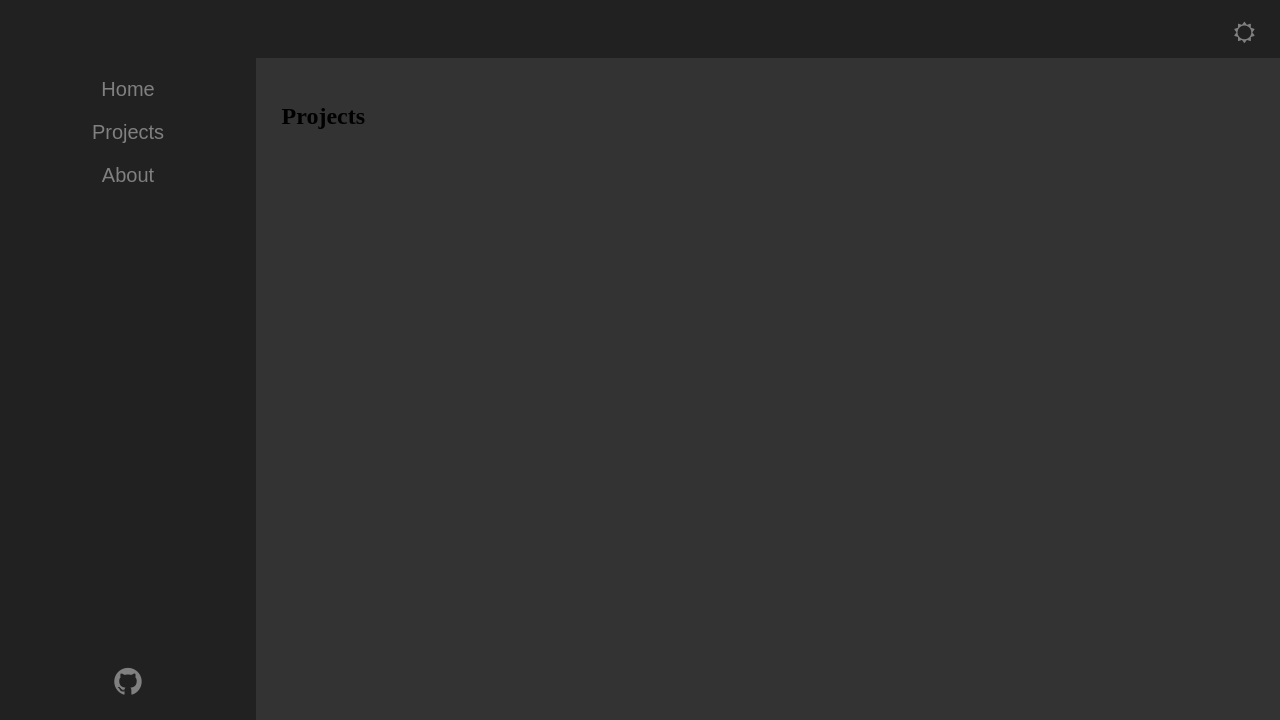
Repository: josephinel6/josephinel6.github.io
Page: index.html
The author's editor kept a copy of each file at every save. The page is drawn from the files as they stood at one save, then again after the next save.
The browser window is 1280 px wide. The pictures show the whole page.

Above is the page before, as saved 2023-04-05 08:55:25.

### index.html
<!DOCTYPE html>
<html>

<head>
    <style>
        :root.light {
            --color-bg: white;
            --color-menu-text: black;
            --color-page-bg: darkgray;
            --color-obj-bg: gray;
            --color-title-text: black;
            --color-gen-text: black;
        }

        :root.dark {
            --color-bg: #212121;
            --color-menu-text: gray;
            --color-page-bg: #333333;
            --color-obj-bg: darkgray;
            --color-title-text: white;
            --color-gen-text: white;
            --color-menu-hover: black;
        }

        /* :root {
            --color-bg: black;
        } */

        html,
        body {
            height: 100%;
            width: 100%;
            overflow: hidden;
            margin: 0;
            position: relative;
            /* border-color: blue;
            border-radius: 10px;
            border-style: solid; */
            padding: 0;
        }

        #menu {
            height: 100%;
            width: 20%;
            position: absolute;
            z-index: 1;
            top: 0;
            bottom: 0;
            background-color: var(--color-bg);
        }

        #topbar {
            width: 100%;
            height: 8%;
            background-color: var(--color-bg);
            position: absolute;
        }

        .menutext {
            color: var(--color-menu-text);
            font-family: sans-serif;
            font-size: 20px;
        }

        .menutext:hover {
            cursor: pointer;
            color: var(--color-menu-hover);
        }

        .fa-github {
            color: var(--color-menu-text);
        }

        #window {
            background-color: var(--color-page-bg);
            position: absolute;
            height: 92%;
            width: 80%;
            right: 0;
            bottom: 0;
        }

        .tabcontent {
            height: 100%;
            width: 100%;
            position: absolute;

            margin-top: 2.5%;
            margin-left: 2.5%;
        }

        .projectbutton {
            /* height: 175px; */
            width: 95%;
            position: absolute;
            background-color: var(--color-obj-bg);
            border-radius: 10px;
            font-family: sans-serif;
            font-size: 30px;
        }

        .projectbutton:hover {
            cursor: pointer;
        }

        .projectbuttontitle {
            margin-left: 3%;
            margin-top: 3%;
            margin-bottom: -1.5%;
            color: var(--color-title-text);
        }

        #day-night {
            color: var(--color-menu-text);
            z-index: 2;
            position: absolute;
            top: 25px;
            right: 25px;
        }

        .projectbuttondesc {
            font-family: sans-serif;
            font-size: 20px;
            margin: 3%;
            color: var(--color-gen-text);
        }

        #day-night:hover {
            cursor: pointer;
        }

        /* .fa-2x {
            height: 20px !important;
        } */
    </style>
    <link rel="stylesheet" href="https://cdnjs.cloudflare.com/ajax/libs/font-awesome/4.7.0/css/font-awesome.min.css">
    <script type="module" src="https://cdn.jsdelivr.net/gh/zerodevx/zero-md@2/dist/zero-md.min.js"></script>
    <script type="module" src="https://md-block.verou.me/md-block.js"></script>
</head>

<body>
    <div id="menu">
        <div style="position:absolute; top: 8%; width: 100%; text-align: center;">

            <p class="menutext" onclick="openpage('homepage')"> Home </p>
            <p class="menutext" onclick="openpage('projectbuttons')"> Projects </p>
            <p class="menutext" onclick="openpage('aboutpage')"> About </p>

        </div>

        <div style="position:absolute; bottom:3%; width: 100%; text-align: center;">
            <a href="https://github.com/josephinel6" class="fa fa-github fa-2x" style="text-decoration: none;"></a>
        </div>
    </div>
    <div id="topbar">
        <i onclick="daynight()" class="fa fa-sun-o fa-lg" id="day-night"></i>
    </div>
    <div id="window">
        <div id="homepage" class="tabcontent">
            <h2> Projects </h2>
        </div>
        <div id="projectbuttons" class="tabcontent">
            <div class="projectbutton" onclick="openpage('weatherAPI')">
                <h2 class="projectbuttontitle"> Weather API </h2>
                <p class="projectbuttondesc"> My first project with APIs. </p>
            </div>
        </div>
        <zero-md src="https://josephinel6.github.io/weatherAPI.md" class="tabcontent" id="weatherAPI"></zero-md>
        <div class="tabcontent" id="aboutpage">
            <zero-md src="https://josephinel6.github.io/about.md"></zero-md>
        </div>
        <script>
            var night;

            window.onload = function () {
                var night = true;
                document.documentElement.classList.remove("light")
                document.documentElement.classList.add("dark")
                window.localStorage.setItem('mode', 'dark');
                console.log("dark")
                tabcontent = document.getElementsByClassName("tabcontent");
                for (i = 0; i < tabcontent.length; i++) {
                    tabcontent[i].style.display = "none";
                }
                document.getElementById("homepage").style.display = "block";
            }

            function openpage(pageName) {
                var i, tabcontent, tablinks;
                tabcontent = document.getElementsByClassName("tabcontent");
                for (i = 0; i < tabcontent.length; i++) {
                    tabcontent[i].style.display = "none";
                }
                tablinks = document.getElementsByClassName("tablink");
                for (i = 0; i < tablinks.length; i++) {
                    tablinks[i].style.backgroundColor = "";
                }
                document.getElementById(pageName).style.display = "block";

                document.body.scrollTop = 0;
                document.documentElement.scrollTop = 0;
            }

            function daynight() {
                var daynight = document.getElementById("day-night");
                if (night == true) {
                    daynight.classList.remove("fa-sun-o");
                    daynight.classList.add("fa-moon-o");
                    night = false;
                    document.documentElement.classList.remove("dark")
                    document.documentElement.classList.add("light")
                    window.localStorage.setItem('mode', 'light');
                }
                else {
                    daynight.classList.remove("fa-moon-o");
                    daynight.classList.add("fa-sun-o");
                    night = true;
                    document.documentElement.classList.remove("light")
                    document.documentElement.classList.add("dark")
                    window.localStorage.setItem('mode', 'dark');
                }
            }
        </script>

</body>

</html>

After the next save:
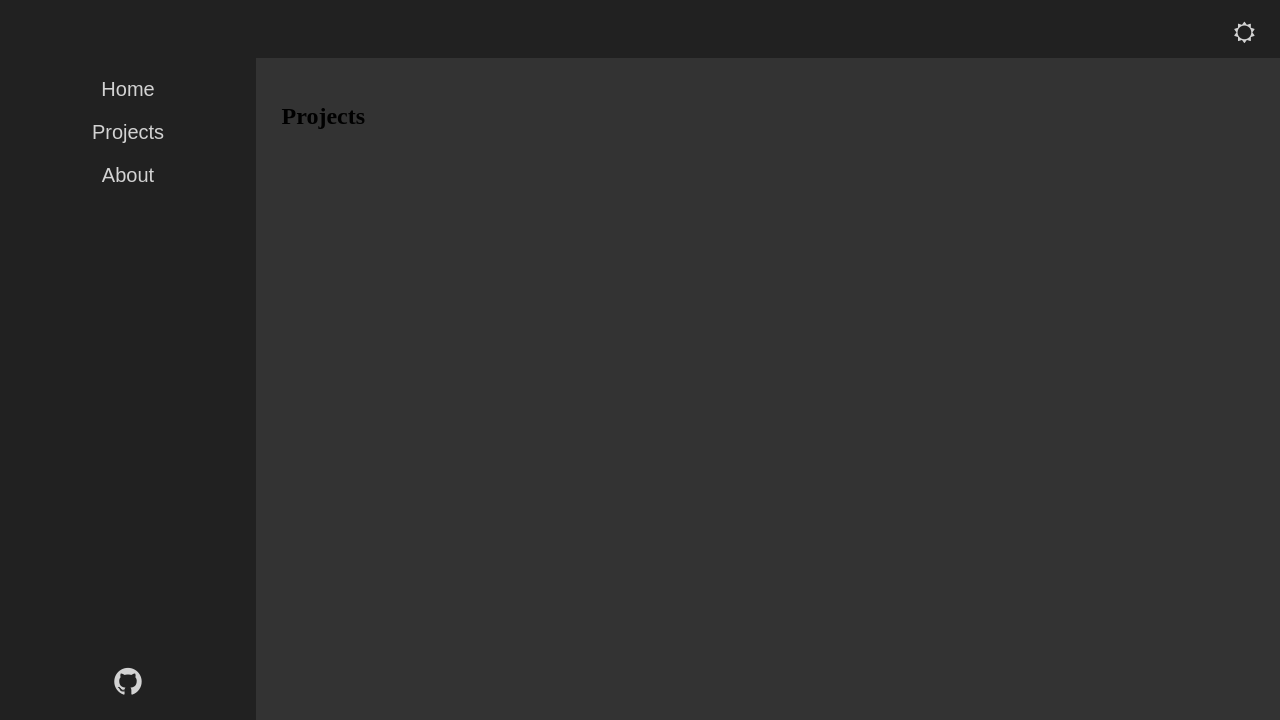
Saved 23 s later.
--- a/index.html
+++ b/index.html
@@ -14,7 +14,7 @@
 
         :root.dark {
             --color-bg: #212121;
-            --color-menu-text: gray;
+            --color-menu-text: #D3D3D3;
             --color-page-bg: #333333;
             --color-obj-bg: darkgray;
             --color-title-text: white;
